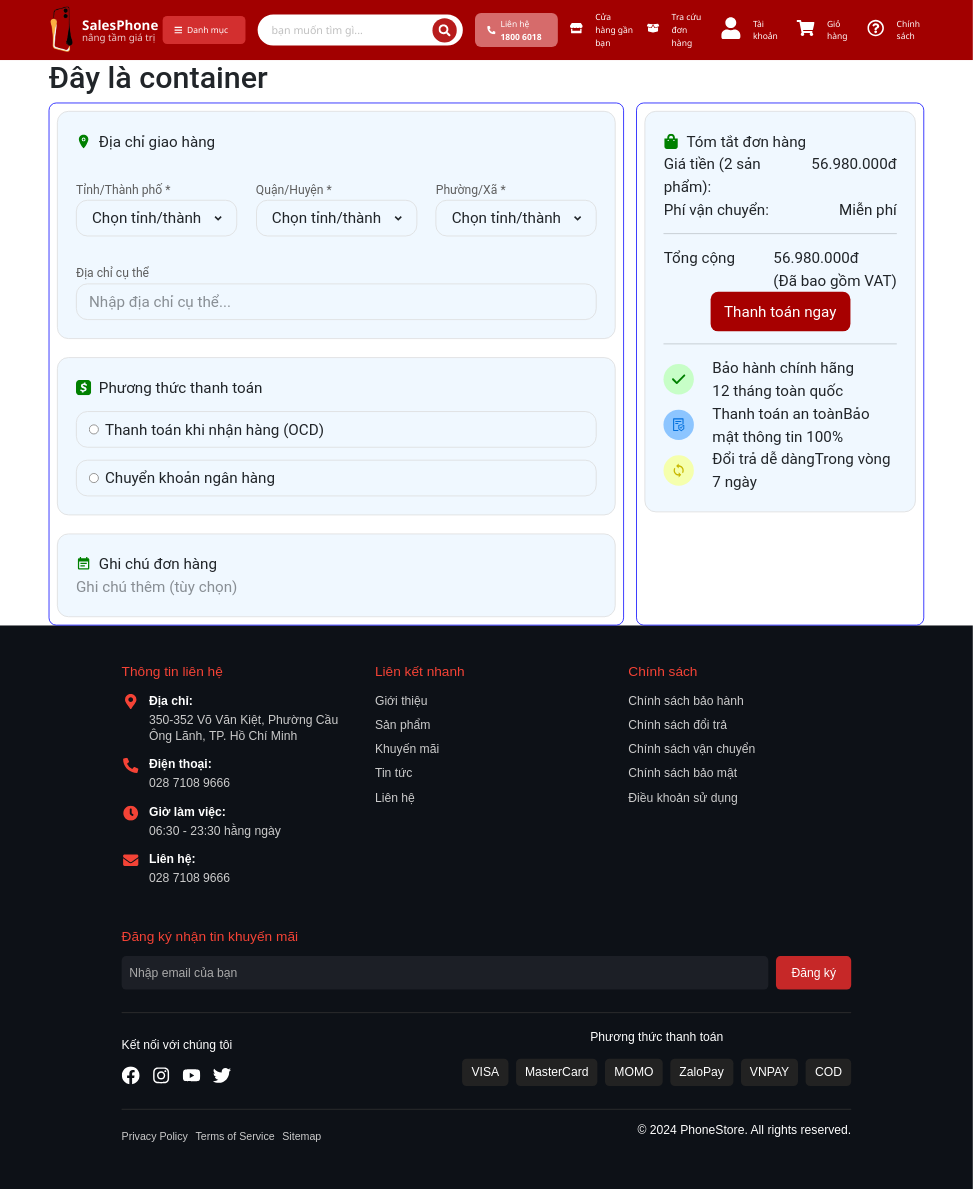
Repository: nguyenhuuluanTTB/cn-da22ttb-nguyenhuuluan-website_salesphone-nextjs_nodejs
Page: /order (app in Project_SalesPhone/client/salesphone/)
These files come from the project's save history. The page is drawn as it stood at one moment and after the next save; the edit follows.
The browser window is 1280 px wide. The pictures show the whole page, at 76% of full size.
The project was rebuilt for these pictures with package versions that can differ from the ones it lists, and the page was loaded fresh each time. The framework's server and built-in components were replaced by stand-ins that run in the browser. Also part of the build but not shown: Project_SalesPhone/client/salesphone/next.config.ts.

Above is the page before, as saved 2025-12-02 01:29:55.

### Project_SalesPhone/client/salesphone/app/layout.tsx

import "./globals.css";
import Header from "./components/Header/Header";
import Footer from "./components/Footer/Footer";


import 'bootstrap/dist/css/bootstrap.min.css';


export const metadata = {
  title: "SalesPhone",
  description: "Website bán điện thoại",
};

export default function RootLayout({
  children,
}: {
  children: React.ReactNode;
}) {
  return (
    <html lang="vi">
      <body>
        {/* Thêm Header ở đây */}
        <Header />

        {/* Nội dung trang */}
        {children}
        <Footer />
      </body>
    </html>
  );
}

### Project_SalesPhone/client/salesphone/app/order/page.tsx
"use client"

import styles from './order.module.scss';
import { IoLocation } from "react-icons/io5";
import { SiCashapp } from "react-icons/si";
import { MdEventNote,MdLoop  } from "react-icons/md";
import { FaShoppingBag } from "react-icons/fa";
import { FaCheck } from "react-icons/fa6";
import { AiOutlineFileProtect } from "react-icons/ai";

export default function Order () {

    return(
        <section className={styles.order}> {/*order */}

            <div className={styles.container}> {/*container */}

                <h1>Đây là container</h1>
                <div className={styles.gridContainer}>

                    <div className={`${styles.item} ${styles.item1}`}>

                        <div className={styles.thongtindiachi}>

                            <div className={styles.title_location}><IoLocation style={{color:'green', fontWeight: 'bold'}}/><span>Địa chỉ giao hàng</span></div>
                            <div className={styles.diachigiaohang}> {/*Địa chỉ giao hàng */}
                                <div>
                                    <span style={{fontSize: '12pt', color: 'rgb(94, 94, 94)'}}>Tỉnh/Thành phố *</span>
                                    <div className={styles.tinh}>
                                        <select>

                                            <option>Chọn tỉnh/thành</option>
                                            <option>TP.Hồ Chính Minh</option>
                                            <option>Hà Nội</option>
                                            <option>Hải Phòng</option>
                                            <option>Đà Nẵng</option>
                                            <option>Cần Thơ</option>

                                        </select>
                                    </div>
                                </div>
                                <div>
                                    <span style={{fontSize: '12pt', color: 'rgb(94, 94, 94)'}}>Quận/Huyện *</span>
                                    <div className={styles.quan}>
                                        <select>

                                            <option>Chọn tỉnh/thành</option>
                                            <option>TP.Hồ Chính Minh</option>
                                            <option>Hà Nội</option>
                                            <option>Hải Phòng</option>
                                            <option>Đà Nẵng</option>
                                            <option>Cần Thơ</option>

                                        </select>
                                    </div>
                                </div>
                                <div>
                                    <span style={{fontSize: '12pt', color: 'rgb(94, 94, 94)'}}>Phường/Xã *</span>
                                    <div className={styles.phuong}>
                                        <select>

                                            <option>Chọn tỉnh/thành</option>
                                            <option>TP.Hồ Chính Minh</option>
                                            <option>Hà Nội</option>
                                            <option>Hải Phòng</option>
                                            <option>Đà Nẵng</option>
                                            <option>Cần Thơ</option>

                                        </select>
                                    </div>
                                </div>
                            </div>

                            <span style={{fontSize: '12pt', color: 'rgb(94, 94, 94)'}}>Địa chỉ cụ thể</span>
                            <input className={styles.diachicuthe} placeholder='Nhập địa chỉ cụ thể...' type='text'/>

                        </div>


                        {/*Phương thức thanh toán */}
                        <div className={styles.thongtindiachi}>
                                <div className={styles.title_location}><SiCashapp style={{color:'green', fontWeight: 'bold'}}/><span>Phương thức thanh toán</span></div>
                            <div className={styles.luachonthanhtoan}>

                                <div className={styles.typecash}>
                                    <input type="radio" name="cash"/><span>Thanh toán khi nhận hàng (OCD)</span>
                                </div>

                                <div className={styles.typecash}>
                                    <input type="radio" name="cash" /><span>Chuyển khoản ngân hàng</span>
                                </div>
                            </div>

                        </div>

                        {/*Ghi chú */}
                        <div className={styles.thongtindiachi}>
                            <div className={styles.title_location}><MdEventNote style={{color:'green', fontWeight: 'bold'}}/><span>Ghi chú đơn hàng</span></div>
                            <input style={{width: '100%', border: 'none'}} type="text" placeholder='Ghi chú thêm (tùy chọn)' />
                        </div>


                    </div>

                    <div className={styles.item}>
                        <div className={styles.donhang}>

                            <div className={styles.title_location}><FaShoppingBag style={{color:'green', fontWeight: 'bold'}}/><span>Tóm tắt đơn hàng</span></div>
                            <div style={{display: 'flex', justifyContent: 'space-between'}}>
                                <span>Giá tiền (2 sản phẩm):</span><span>56.980.000đ</span>
                            </div>
                            <div style={{display: 'flex', justifyContent: 'space-between'}}>
                                <span>Phí vận chuyển:</span><span>Miễn phí</span>
                            </div>
                            <hr/>
                            <div className={styles.tien}>
                                <span>Tổng cộng</span>
                                <div style={{display: 'flex', flexDirection: 'column'}}>
                                    <span>56.980.000đ</span>
                                    <span>(Đã bao gồm VAT)</span>
                                </div>
                            </div>

                            <button>Thanh toán ngay</button>
                            <hr/>

                            <div className={styles.baohanh}>
                                <div className={styles.baohanh_icon}>
                                    <FaCheck />
                                </div>
                                <div className={styles.baohanh_content}>
                                    <span>Bảo hành chính hãng</span>
                                    <span>12 tháng toàn quốc</span>
                                </div>
                            </div>
                            <div className={styles.ttat}>
                                <div className={styles.ttat_icon}>
                                    <AiOutlineFileProtect />
                                </div>
                                <div className={styles.ttat_content}>
                                    <span>Thanh toán an toàn</span>
                                    <span>Bảo mật thông tin 100%</span>
                                </div>
                            </div>
                            <div className={styles.doitra}>
                                <div className={styles.doitra_icon}>
                                    <MdLoop  />
                                </div>
                                <div>
                                    <span>Đổi trả dễ dàng</span>
                                    <span>Trong vòng 7 ngày</span>
                                </div>
                            </div>
                        </div>
                    </div>

                </div>


            </div>

        </section>
    )
}

### Project_SalesPhone/client/salesphone/app/components/Header/Header.tsx
import Link from "next/link";
import Image from "next/image";
import { FaBars, FaPhoneAlt, FaStore, FaBoxOpen, FaUser, FaShoppingCart, FaSearch, FaRegQuestionCircle } from "react-icons/fa";
import styles from "./Header.module.scss";
import logo from "./asset/logo.png";

export default function Header () {
    return(
        <header className={styles.header}>

        <div className={styles.container}>
        {/* Logo */}
        <div className={styles.logo_category}>

            {/* Danh mục */}
            <button className={styles.categoryBtn}>
                <FaBars />
                <span>Danh mục</span>
            </button>

             <div className={styles.logo}>
                <Image src={logo} alt="SalesPhone Logo" width={40} height={40} />
                <div className={styles.logoText}>
                    <span className={styles.brand}>SalesPhone</span>
                    <span className={styles.slogan}>nâng tầm giá trị</span>
                </div>


            </div>

             <Link href="#" className={`${styles.navItem} ${styles.giohang}`}>
                  <FaShoppingCart />
            </Link>

        </div>




        {/* Ô tìm kiếm */}
        <div className={styles.searchBox}>
          <input type="text" placeholder="bạn muốn tìm gì..." />
          <button className={styles.searchBtn}>
            <FaSearch />
          </button>
        </div>

        {/* Liên hệ */}
        <div className={styles.contact}>
          <FaPhoneAlt />
          <div>
            <span>Liên hệ</span> <br/>
            <strong>1800 6018</strong>
          </div>
        </div>



        {/* Các icon chức năng */}
        <nav className={styles.nav}>
          <Link href="#" className={`${styles.navItem} ${styles.cuahangganban}`}>
            <FaStore />
            <span>Cửa hàng gần bạn</span>
          </Link>
          <Link href="#" className={`${styles.navItem} ${styles.tracuudonhang}`}>
            <FaBoxOpen />
            <span>Tra cứu đơn hàng</span>
          </Link>
          <Link href="#" className={`${styles.navItem} ${styles.taikhoan}`}>
            <FaUser />
            <span>Tài khoản</span>
          </Link>
          <Link href="#" className={`${styles.navItem} `}>
            <FaShoppingCart />
            <span>Giỏ hàng</span>
          </Link>
          <Link href="#" className={`${styles.navItem} ${styles.chinhsach}`}>
            <FaRegQuestionCircle />
            <span>Chính sách</span>
          </Link>
        </nav>
      </div>



        </header>



    );
}

### Project_SalesPhone/client/salesphone/app/components/Footer/Footer.tsx
import React from "react";
import styles from "./Footer.module.scss";


import {
  FaFacebook ,
  FaInstagram,
  FaYoutube,
  FaTwitter,
  FaMapMarkerAlt,
  FaPhoneAlt,
  FaClock,
  FaEnvelope,
} from "react-icons/fa";

export default function Footer() {
  return (
    <footer className={styles.footer}>
      <div className={styles.container}>
        {/* --- Thông tin liên hệ --- */}
        <div className={styles.column}>
          <h3 className={styles.title}>Thông tin liên hệ</h3>

          <div className={styles.infoItem}>
            <FaMapMarkerAlt className={styles.icon} />
            <div>
              <strong>Địa chỉ:</strong>
              <p>350-352 Võ Văn Kiệt, Phường Cầu Ông Lãnh, TP. Hồ Chí Minh</p>
            </div>
          </div>

          <div className={styles.infoItem}>
            <FaPhoneAlt className={styles.icon} />
            <div>
              <strong>Điện thoại:</strong>
              <p>028 7108 9666</p>
            </div>
          </div>

          <div className={styles.infoItem}>
            <FaClock className={styles.icon} />
            <div>
              <strong>Giờ làm việc:</strong>
              <p>06:30 - 23:30 hằng ngày</p>
            </div>
          </div>

          <div className={styles.infoItem}>
            <FaEnvelope className={styles.icon} />
            <div>
              <strong>Liên hệ:</strong>
              <p>028 7108 9666</p>
            </div>
          </div>
        </div>

        {/* --- Liên kết nhanh --- */}
        <div className={styles.column}>
          <h3 className={styles.title}>Liên kết nhanh</h3>
          <ul>
            <li>Giới thiệu</li>
            <li>Sản phẩm</li>
            <li>Khuyến mãi</li>
            <li>Tin tức</li>
            <li>Liên hệ</li>
          </ul>
        </div>

        {/* --- Chính sách --- */}
        <div className={styles.column}>
          <h3 className={styles.title}>Chính sách</h3>
          <ul>
            <li>Chính sách bảo hành</li>
            <li>Chính sách đổi trả</li>
            <li>Chính sách vận chuyển</li>
            <li>Chính sách bảo mật</li>
            <li>Điều khoản sử dụng</li>
          </ul>
        </div>

        {/* --- Đăng ký nhận tin --- */}
        <div className={styles.column}>
          <h3 className={styles.title}>Đăng ký nhận tin khuyến mãi</h3>
          <div className={styles.subscribe}>
            <input type="email" placeholder="Nhập email của bạn" />
            <button>Đăng ký</button>
          </div>
        </div>
      </div>

      {/* --- Mạng xã hội --- */}
      <div className={styles.social_payment}>
          <div className={styles.social}>
            <p>Kết nối với chúng tôi</p>
            <div style={{display: 'flex', flexDirection: 'row', gap: '1rem', fontSize: '18pt'}}>
              <FaFacebook  />
              <FaInstagram />
              <FaYoutube />
              <FaTwitter />
            </div>

          </div>

          {/* --- Phương thức thanh toán --- */}
          <div className={styles.payment}>
            <p>Phương thức thanh toán</p>
            <div className={styles.methods}>
              <span>VISA</span>
              <span>MasterCard</span>
              <span>MOMO</span>
              <span>ZaloPay</span>
              <span>VNPAY</span>
              <span>COD</span>
            </div>
          </div>
      </div>


      {/* --- Footer bottom --- */}
      <div className={styles.bottom}>
        <p>© 2024 PhoneStore. All rights reserved.</p>
        <div className={styles.links}>
          <a href="#">Privacy Policy</a>
          <a href="#">Terms of Service</a>
          <a href="#">Sitemap</a>
        </div>
      </div>
    </footer>
  );
}

### Project_SalesPhone/client/salesphone/app/order/order.module.scss
.order{
    font-family: 'Roboto', sans-serif;
    padding: 0 4rem;
}


.gridContainer{
    display: grid;
    grid-template-columns: minimax(450, 2fr) minimax(200px, 1fr);
    gap: 1rem;
    min-width: 320px;
    margin: 0 auto;

    grid-template-areas: "item1 item2";
}

.item:nth-child(1) {grid-area: item1;}
.item:nth-child(2) {grid-area: item2;}

.item{
    font-size: 20px;
    padding: 10px;
    border-radius: 10px;
    min-width: 200px;
    border: 1px solid blue;
}

@media (max-width: 1600px) {
  .gridContainer {
    // grid-template-columns: repeat(2, 1fr);
    grid-template-columns: minmax(450px, 2fr) minmax(200px, 1fr);
    grid-template-areas:
      "item1 item2";
  }
}

@media (max-width: 1200px) {
    .gridContainer{
        grid-template-columns: 1fr;
        grid-template-areas:
            "item1"
            "item2";
    }
}

.item1{
    gap: 1.5rem;
    display: flex;
    flex-direction: column;
}


.diachigiaohang{
    display: flex;
    flex-direction: row;
    justify-content: space-between;
    margin: 2rem 0;
}

.title_location{
    display: flex;
    flex-direction: row;
    align-items: center;
    gap: 10px;
}

.thongtindiachi{
    background-color: aliceblue;
    border: solid 1px gainsboro;
    padding: 1.5rem;
    border-radius: 15px;
}

.tinh, .quan, .phuong{
    border: solid 1px gainsboro;
    padding: 0.5rem 1rem;
    border-radius: 15px;
}

.diachicuthe{
    border: solid 1px gainsboro;
    padding: 0.5rem 1rem;
    border-radius: 15px;
    width: 100%;
}

//Phần lựa chọn thanh toán
.typecash{
    display: flex;
    border-radius: 15px;
    padding: 0.5rem 1rem;
    border: solid 1px gainsboro;
    gap: 0.5rem;
}

.luachonthanhtoan{
    margin-top: 1rem;
    gap: 1rem;
    display: flex;
    flex-direction: column;
}


//đơn hàng
.donhang{
    display: flex;
    flex-direction: column;
    background-color: aliceblue;
    border: solid 1px gainsboro;
    padding: 1.5rem;
    border-radius: 15px;

    button{
        background-color: #A70000;
        width: 60%;
        display: block;
        margin: 0 auto;
        color: #fff;
        padding: 0.7rem 1rem;
        border-radius: 10px;
        transition: all 0.3s;
    }

    button:hover{
        background-color: #fa1a1a;
    }
}

.tien{
    display: flex;
    flex-direction: row;
    justify-content: space-between;
}


.baohanh, .ttat, .doitra{
    display: flex;
    flex-direction: row;
    align-items: center;
    justify-content: start;
    gap: 1.5rem;

    .baohanh_icon{
        color: green;
        background: rgb(199, 254, 199);
        border-radius: 20px;
        padding: 10px;
    }

    .baohanh_content{
        flex-direction: column;
        display: flex;
    }
}

.ttat_icon{
    color: rgb(0, 111, 221);
    background: rgb(140, 197, 255);
    border-radius: 20px;
    padding: 10px;
}

.doitra_icon{
    color: rgb(200, 184, 1);
    background: rgb(245, 255, 173);
    border-radius: 20px;
    padding: 10px;
}

### Project_SalesPhone/client/salesphone/app/components/Footer/Footer.module.scss
.footer {
  background-color: #0d1117;
  color: #fff;
  padding: 50px 10rem;
  font-family: sans-serif;
}

.container {
  display: flex;
  flex-wrap: wrap;
  justify-content: space-between;
  gap: 40px;
  border-bottom: 1px solid #333;
  padding-bottom: 30px;
}

.column {
  flex: 1;
  min-width: 240px;
}

.title {
  color: #f44336;
  font-size: 18px;
  margin-bottom: 15px;
}

/* --- Thông tin liên hệ --- */
.infoItem {
  display: flex;
  align-items: flex-start;
  gap: 12px;
  margin-bottom: 12px;
}

.icon {
  font-size: 20px;
  color: #f44336;
  min-width: 24px;
  margin-top: 3px;
}

.infoItem p {
  margin: 2px 0;
  color: #ccc;
  line-height: 1.4;
}

/* --- Liên kết --- */
.column ul {
  list-style: none;
  padding: 0;
}

.column ul li {
  margin: 8px 0;
  cursor: pointer;
  transition: color 0.2s ease;
  color: #ccc;
}

.column ul li:hover {
  color: #f44336;
}

/* --- Đăng ký --- */
.subscribe {
  display: flex;
  gap: 10px;
  margin-top: 10px;
}

.subscribe input {
  flex: 1;
  padding: 10px;
  border: none;
  border-radius: 6px;
  background: #1c1f26;
  color: #fff;
}

.subscribe input::placeholder {
  color: #aaa;
}

.subscribe button {
  background-color: #c62828;
  color: #fff;
  border: none;
  padding: 10px 20px;
  border-radius: 6px;
  cursor: pointer;
  transition: background 0.3s;
}

.subscribe button:hover {
  background-color: #e53935;
}

.social_payment{
    display: flex;
    flex-direction: row;
    justify-content: space-between;
}

/* --- Mạng xã hội --- */
.social {
  text-align: center;
  margin-top: 30px;
}

.icons {
  display: flex;
  justify-content: center;
  gap: 15px;
  margin-top: 10px;

}

.icons svg {
  background: #222;
  padding: 10px;
  border-radius: 50%;
  font-size: 18px;
  cursor: pointer;
  transition: all 0.3s ease;
}

.icons svg:hover {
  background: #f44336;
  transform: scale(1.1);
}

/* --- Thanh toán --- */
.payment {
  text-align: center;
  margin-top: 20px;
}

.methods {
  display: flex;
  justify-content: center;
  flex-wrap: wrap;
  gap: 10px;
  margin-top: 10px;
}

.methods span {
  background: #222;
  padding: 6px 12px;
  border-radius: 6px;
}

/* --- Dưới cùng --- */
.bottom {
  border-top: 1px solid #333;
  margin-top: 30px;
  padding-top: 15px;
  display: flex;
  flex-direction: row-reverse;
  justify-content: space-between;
  align-items: center;
  gap: 5px;
}

.links {
  display: flex;
  gap: 10px;
}

.links a {
  color: #ccc;
  text-decoration: none;
  font-size: 14px;
  transition: color 0.2s ease;
}

.links a:hover {
  color: #f44336;
}

/* --- Responsive --- */
@media (max-width: 768px) {
  .container {
    flex-direction: column;
  }

  .subscribe {
    flex-direction: column;
  }

  .subscribe input,
  .subscribe button {
    width: 100%;
  }

  .methods {
    flex-wrap: wrap;
  }

  .infoItem {
    align-items: flex-start;
  }
}

Loaded but not shown: Project_SalesPhone/client/salesphone/app/globals.css (common file); Project_SalesPhone/client/salesphone/app/components/Header/Header.module.scss (239 lines, source omitted)

After the next save:
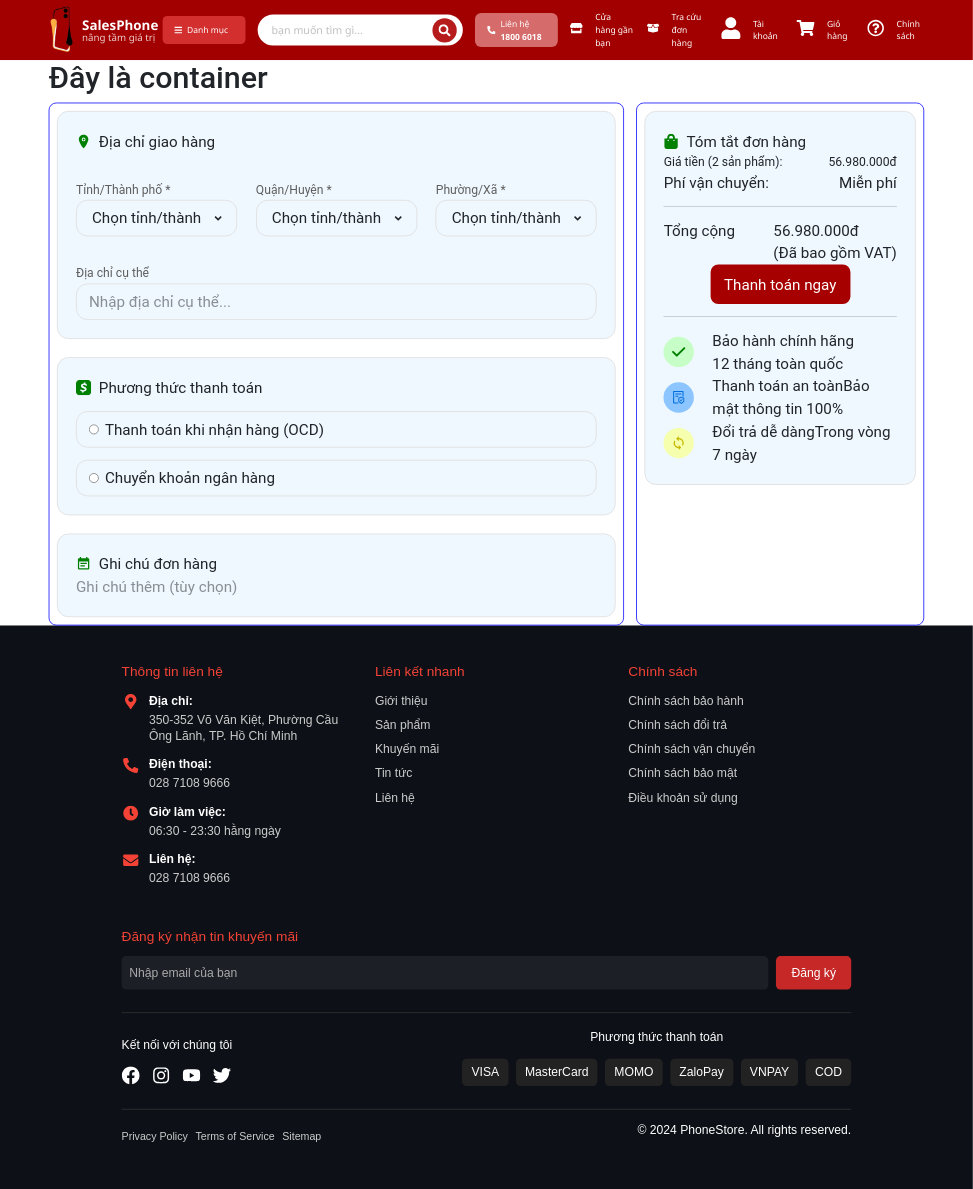
Saved 84 min 4 s later.
--- a/Project_SalesPhone/client/salesphone/app/order/page.tsx
+++ b/Project_SalesPhone/client/salesphone/app/order/page.tsx
@@ -106,7 +106,7 @@
                         <div className={styles.donhang}>
 
                             <div className={styles.title_location}><FaShoppingBag style={{color:'green', fontWeight: 'bold'}}/><span>Tóm tắt đơn hàng</span></div>
-                            <div style={{display: 'flex', justifyContent: 'space-between'}}>
+                            <div style={{display: 'flex', justifyContent: 'space-between', fontSize: '12pt'}}>
                                 <span>Giá tiền (2 sản phẩm):</span><span>56.980.000đ</span>
                             </div>
                             <div style={{display: 'flex', justifyContent: 'space-between'}}>
